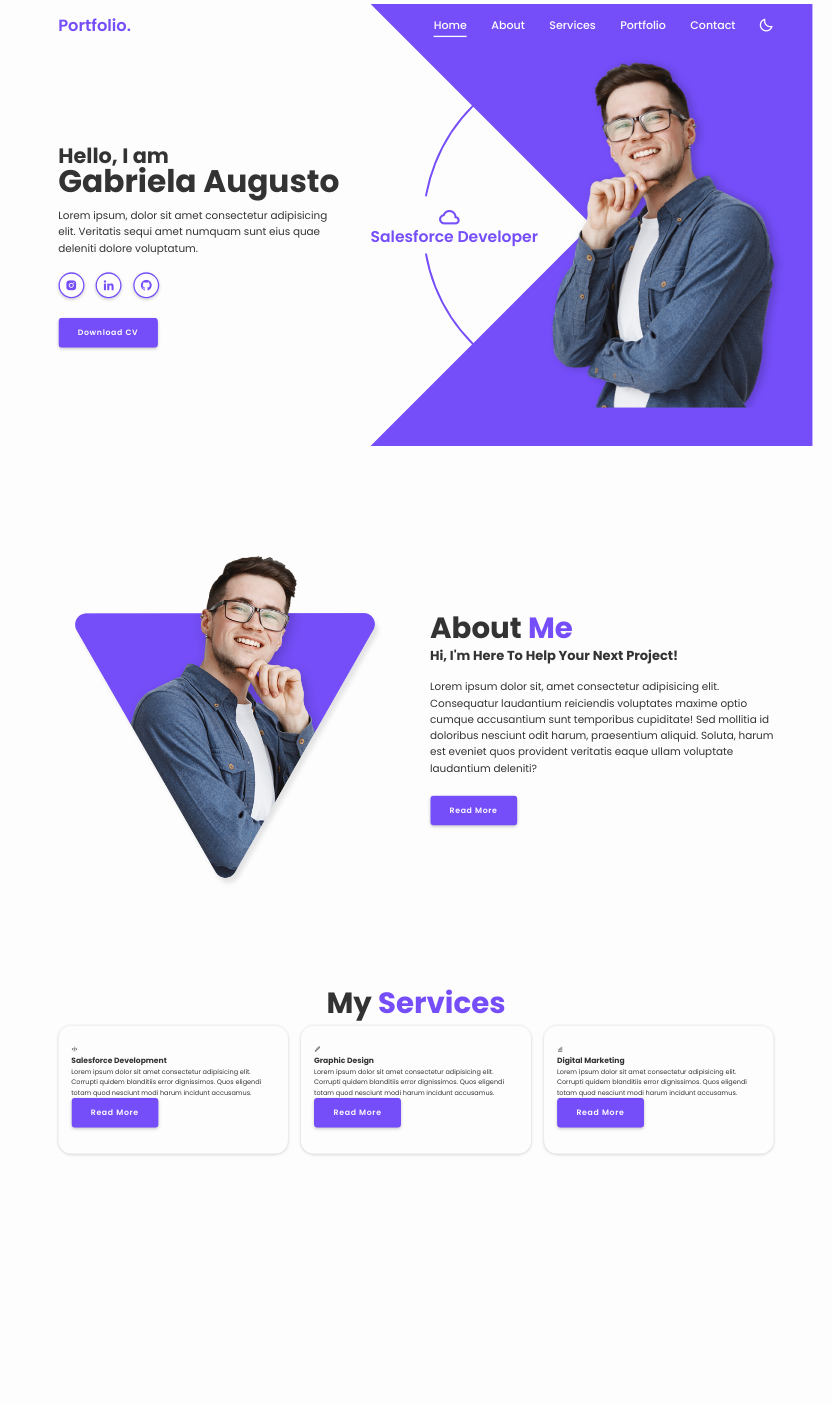
Repository: Gabi-Augusto/Portfolio
Page: index.html
An editor plug-in stored every save of this project. The page is shown before and after the next save, followed by the edit.
The browser window is 1280 px wide. The pictures show the whole page, at 65% of full size.

Above is the page before, as saved 2023-11-29 16:05:12.

### index.html
<!DOCTYPE html>
<html lang="en">

<head>
    <meta charset="UTF-8">
    <meta http-equiv="X-UA-Compatible" content="IE=edge">
    <meta name="viewport" content="width=device-width, initial-scale=1.0">
    <title>Portfolio Website Design | Gabriela Augusto</title>

    <!-- swiper css -->
    <link rel="stylesheet" href="https://cdn.jsdelivr.net/npm/swiper@9/swiper-bundle.min.css" />

    <!-- box icons -->
    <link href='https://unpkg.com/boxicons@2.1.4/css/boxicons.min.css' rel='stylesheet'>

    <!-- custom css -->
    <link rel="stylesheet" href="css/style.css">
</head>

<body>

    <!-- header design -->
    <header class="header">
        <a href="#" class="logo">Portfolio.</a>

        <nav class="navbar">
            <a href="#home" class="active">Home</a>
            <a href="#about">About</a>
            <a href="#services">Services</a>
            <a href="#portfolio">Portfolio</a>
            <a href="#contact">Contact</a>
        </nav>

        <div class="bx bx-moon" id="darkMode-icon"></div>
    </header>

    <!-- home section design -->
    <section class="home" id="home">
        <div class="home-content">
            <h3>Hello, I am</h3>
            <h1>Gabriela Augusto</h1>
            <p>Lorem ipsum, dolor sit amet consectetur adipisicing elit. Veritatis sequi amet numquam sunt eius quae deleniti dolore voluptatum.</p>

            <div class="social-media">
                <a href="#"><i class='bx bxl-instagram-alt'></i></a>
                <a href="#"><i class='bx bxl-linkedin' ></i></a>
                <a href="#"><i class='bx bxl-github' ></i></a>
            </div>

            <a href="#" class="btn">Download CV</a>
        </div>

        <div class="profession-container">
            <div class="profession-box">
                <div class="profession" style="--i:0;">
                    <i class='bx bx-cloud'></i>
                    <h3>Salesforce Developer</h3>
                </div>
                <div class="profession" style="--i:1;">
                    <i class='bx bx-bulb'></i>
                    <h3>Business Analyst</h3>
                </div>
                <div class="profession" style="--i:2;">
                    <i class='bx bx-palette'></i>
                    <h3>Web Designer</h3>
                </div>
                <div class="profession" style="--i:3;">
                    <i class='bx bx-code-alt' ></i>
                    <h3>FullStack Developer</h3>
                </div>
                <div class="circle"></div>
            </div>
            <div class="overlay"></div>
        </div>
        <div class="home-img">
            <img src="imagens/home.png" alt="">
        </div>
    </section>

    <!-- about section design -->

    <section class="about" id="about">
        <div class="about-img">
            <img src="imagens/about.png" alt="">
        </div>

        <div class="about-content">
            <h2 class="heading">About <span>Me</span></h2>
            <h3>Hi, I'm Here To Help Your Next Project!</h3>
            <p>Lorem ipsum dolor sit, amet consectetur adipisicing elit. Consequatur laudantium reiciendis voluptates maxime optio cumque accusantium sunt temporibus cupiditate! Sed mollitia id doloribus nesciunt odit harum, praesentium aliquid. Soluta, harum est eveniet quos provident veritatis eaque ullam voluptate laudantium deleniti?</p>
            <a href="#" class="btn">Read More</a>
        </div>
    </section>

    <!-- services section design -->

    <section class="services" id="services">
        <h2 class="heading">My <span>Services</span></h2>

        <div class="services-container">
            <div class="services-box">
                <i class='bx bx-code-alt' ></i>
                <h3>Salesforce Development</h3>
                <p>Lorem ipsum dolor sit amet consectetur adipisicing elit. Corrupti quidem blanditiis error dignissimos. Quos eligendi totam quod nesciunt modi harum incidunt accusamus.</p>
                <a href="#" class="btn">Read More</a>
            </div>
            <div class="services-box">
                <i class='bx bxs-paint'></i>
                <h3>Graphic Design</h3>
                <p>Lorem ipsum dolor sit amet consectetur adipisicing elit. Corrupti quidem blanditiis error dignissimos. Quos eligendi totam quod nesciunt modi harum incidunt accusamus.</p>
                <a href="#" class="btn">Read More</a>
            </div>
            <div class="services-box">
                <i class='bx bx-bar-chart-alt'></i>
                <h3>Digital Marketing</h3>
                <p>Lorem ipsum dolor sit amet consectetur adipisicing elit. Corrupti quidem blanditiis error dignissimos. Quos eligendi totam quod nesciunt modi harum incidunt accusamus.</p>
                <a href="#" class="btn">Read More</a>
            </div>
        </div>
    </section>

    <!-- portfolio section design -->

    <!-- testimonial design -->

    <!-- contact section design -->

    <!-- footer design -->


    <!-- scroll reveal -->
    <script src="https://unpkg.com/scrollreveal"></script>

    <!-- swiper js -->
    <script src="https://cdn.jsdelivr.net/npm/swiper@9/swiper-bundle.min.js"></script>

    <!-- custom js -->
    <script src="js/script.js"></script>
</body>

</html>

### css/style.css
@import url('https://fonts.googleapis.com/css2?family=Poppins:wght@300;400;500;600;700;800;900&display=swap');

* {
    margin: 0;
    padding: 0;
    box-sizing: border-box;
    text-decoration: none;
    border: none;
    outline: none;
    scroll-behavior: smooth;
    font-family: 'Poppins', sans-serif;
}

:root {
    --bg-color: #fdfdfd;
    --text-color: #333;
    --main-color: #754ef9;
    --white-color: #fdfdfd;
    --shadow-color: rgba(0, 0, 0, .2);
}

html {
    font-size: 62.5%;
    overflow-x: hidden;
}

body {
    background: var(--bg-color);
    color: var(--text-color);
}

.header {
    position: fixed;
    top: 0;
    left: 0;
    width: 100%;
    padding: 2rem 7%;
    background: transparent;
    display: flex;
    align-items: center;
    z-index: 100;
    transition: .5s;
}

.header.sticky {
    background: var(--bg-color);
    box-shadow: 0 .1rem 1rem var(--shadow-color);
}

.logo {
    font-size: 2.5rem;
    color: var(--main-color);
    font-weight: 600;
    cursor: default;
    margin-right: auto;
}

.navbar a {
    position: relative;
    font-size: 1.7rem;
    color: var(--white-color);
    font-weight: 500;
    margin-right: 3.5rem;
}

.header.sticky .navbar a {
    color: var(--text-color);
}

.header.sticky .navbar a.active {
    color: var(--main-color);
}

.navbar a.active::before{
    content: '';
    position: absolute;
    left: 0;
    bottom: -6px;
    width: 100%;
    height: .2rem;
    background: var(--white-color);
}

.header.sticky .navbar a::before {
    background: var(--main-color);
    opacity: .7;
}

#darkMode-icon {
    font-size: 2.4rem;
    color: var(--white-color);
    cursor: pointer;
}

.header.sticky #darkMode-icon{
    color: var(--text-color);
    opacity: .9;
}

section {
    min-height: 100vh;
    padding: 7rem 7% 2rem;
}

.home {
    display: flex;
    align-items: center;
}

.home .home-content {
    max-width: 44rem;
}

.home-content h3 {
    font-size: 3.2rem;
    font-weight: 700;
    line-height: .3;
}

.home-content h1 {
    font-size: 4.8rem;
    font-weight: 700;
    margin-bottom: .3rem;
}

.home-content p {
    font-size: 1.6rem;
}

.home-content .social-media a {
    display: inline-flex;
    justify-content: center;
    align-items: center;
    width: 4rem;
    height: 4rem;
    background: transparent;
    border: .2rem solid var(--main-color);
    border-radius: 50%;
    box-shadow: 0 .2rem .5rem  var(--shadow-color);
    font-size: 2rem;
    color: var(--main-color);
    margin: 2.5rem 1.5rem 3rem 0;
    transition: .5s ease;
}

.home-content .social-media a:hover {
    background: var(--main-color);
    color: var(--white-color);
}

.btn {
    display: inline-block;
    padding: 1.2rem 2.8rem;
    background: var(--main-color);
    border-radius: .6rem;
    box-shadow: 0 .2rem .5rem var(--shadow-color);
    font-size: 1.2rem;
    color: var(--white-color);
    letter-spacing: .1rem;
    font-weight: 600;
    border: .2rem solid transparent;
    transition: .5s ease;
}

.btn:hover {
    background: transparent;
    color: var(--main-color);
    border-color: var(--main-color);
}

.home .profession-container {
    position: absolute;
    top: 48%;
    right: 30px;
    transform: translateY(-50%);
    width: 680px;
    height: 680px;
    overflow: hidden;
    pointer-events: none;
}

.home .profession-container .profession-box {
    position: absolute;
    top: 0;
    right: 0;
    width: 680px;
    height: 680px;
    border-radius: 50%;
    display: flex;
    justify-content: center;
    align-items: center;
}

.home .profession-box .profession {
    position: absolute;
    left: 0;
    display: flex;
    align-items: center;
    flex-direction: column;
    color: var(--main-color);
    transform: rotate(calc(360deg / 4 * var(--i)));
    transform-origin: 340px;
    background: var(--bg-color);
    padding: 13px 0;
}

.home .profession-box .profession:nth-child(1) i {
    margin-right: 15px;
}

.home .profession-box .profession:nth-child(2),
.home .profession-box .profession:nth-child(4) {
    padding-bottom: 20px;
}

.home .profession i {
    font-size: 3.8rem;
}

.home .profession h3 {
    font-size: 2.4rem;
    line-height: 1;
    font-weight: 600;
}

.home .profession-box .circle {
    width: 520px;
    height: 520px;
    border: 3px solid var(--main-color);
    border-radius: 50%;
}

.home .profession-container .overlay {
    position: absolute;
    top: 0;
    right: 0;
    width: 0;
    height: 0;
    border-top: 340px solid var(--main-color);
    border-right: 340px solid var(--main-color);
    border-bottom: 340px solid var(--main-color);
    border-left: 340px solid transparent;
}

.home-img img {
    position: absolute;
    bottom: 0;
    top: 83px;
    right: 70px;
    width: 29%;
    pointer-events: none;
}

span {
    color: var(--main-color);
}

.about {
    display: flex;
    justify-content: center;
    align-items: center;
    gap: 6rem;
}

.about-img img {
    width: 40vw;
}

.heading {
    font-size: 4.5rem;
    text-align: center;
}

.about-content h2 {
    text-align: left;
    line-height: 1.2;
}

.about-content h3 {
    font-size: 2rem;
}

.about-content p {
    font-size: 1.6rem;
    margin: 2rem 0 3rem;
}

.services .services-container {
    display: flex;
    justify-content: center;
    align-items: center;
    flex-wrap: wrap;
    gap: 2rem;
}

.services-container .services-box {
    flex: 1 1 30rem;
    background: var(--bg-color);
    padding: 3rem 2rem 4rem;
    border-radius: 2rem;
    box-shadow: 0 .1rem .5rem var(--shadow-color);
}

### js/script.js
/*========== menu icon navbar ==========*/
let menuIcon = document.querySelector('#menu-icon');
let navbar = document.querySelector('.navbar');


/*========== scroll sections active link ==========*/
let sections = document.querySelectorAll('section');
let navLinks = document.querySelectorAll('header nav a');

window.onscroll = () => {
    /*========== sticky navbar ==========*/
    let header = document.querySelector('.header');

    header.classList.toggle('sticky', window.scrollY > 100);
    /*========== remove menu icon navbar when click navbar link (scroll) ==========*/
};


/*========== swiper ==========*/


/*========== dark light mode ==========*/


/*========== scroll reveal ==========*/

After the next save:
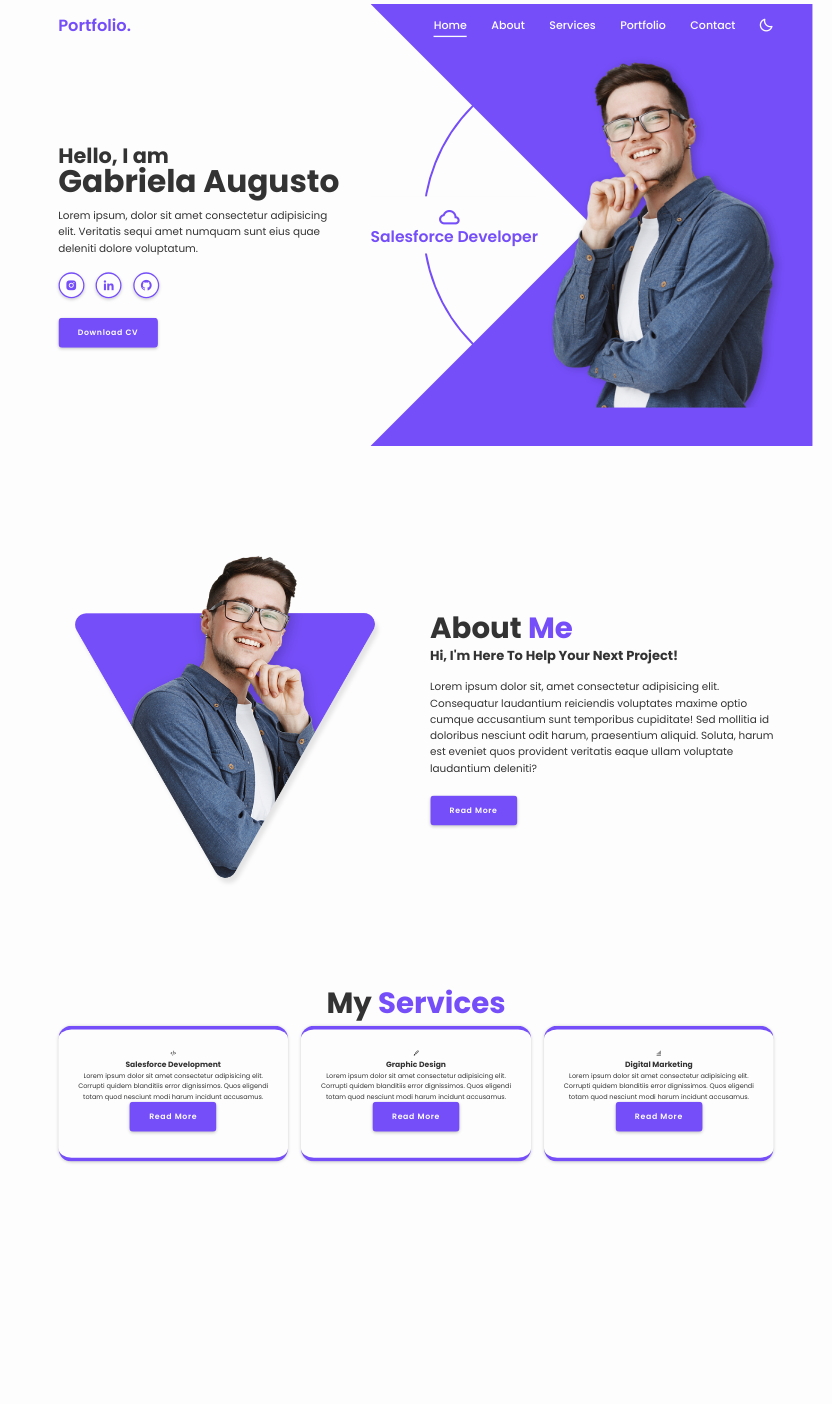
Saved 87 s later.
--- a/css/style.css
+++ b/css/style.css
@@ -299,4 +299,7 @@ span {
     padding: 3rem 2rem 4rem;
     border-radius: 2rem;
     box-shadow: 0 .1rem .5rem var(--shadow-color);
-}
+    text-align: center;
+    border-top: .6rem solid var(--main-color);
+    border-bottom: .6rem solid var(--main-color);
+}
